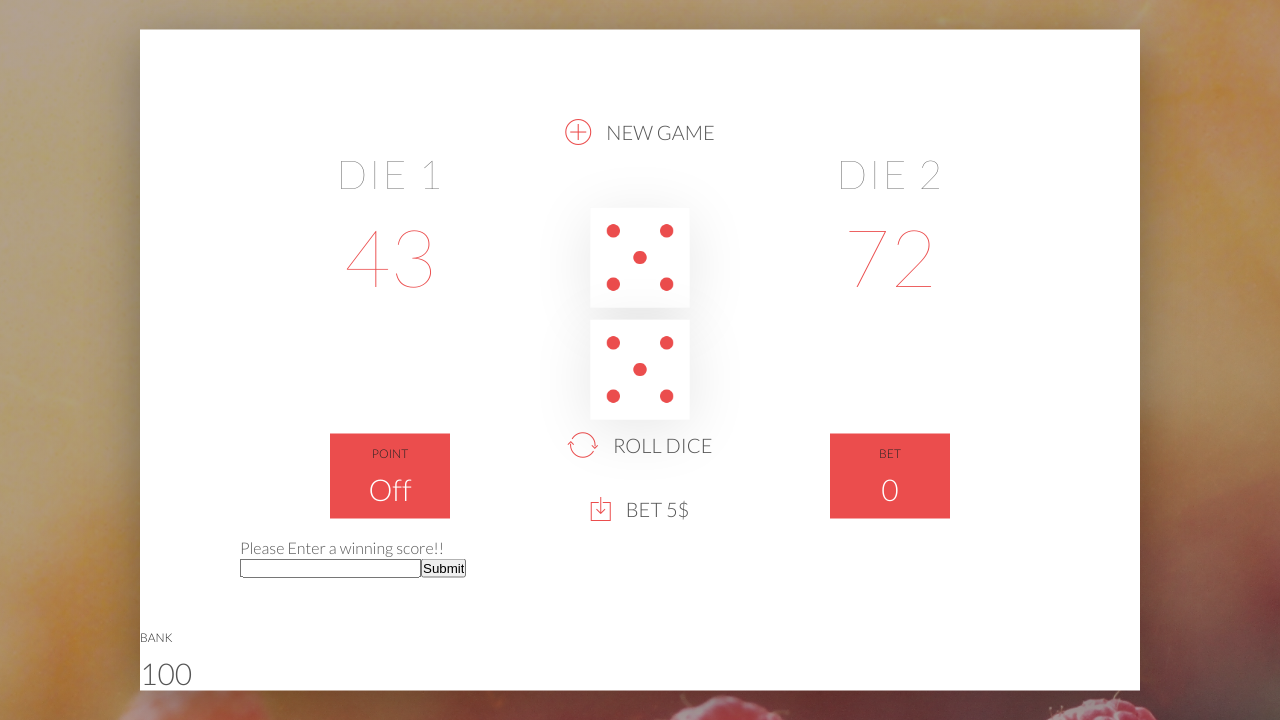
Repository: rmcc0724/html_challenge
Page: Craps/index.html
The author's editor kept a record of every edit. The page is drawn from the files as they stood at one moment, then again after the next edit.
The browser window is 1280 px wide. The pictures show the whole page.

Above is the page before.

After the next edit:
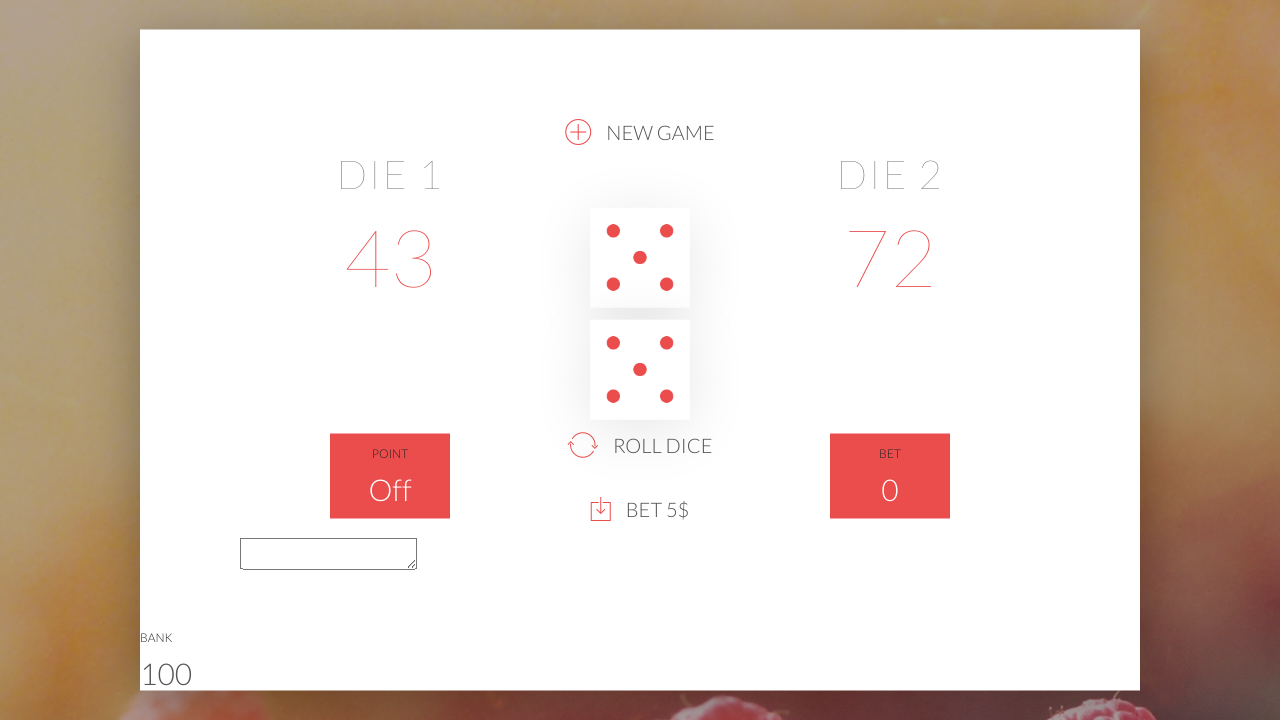
The edit:
--- a/Craps/index.html
+++ b/Craps/index.html
@@ -21,7 +21,7 @@
                 <div class="player-current-label">Point</div>
                 <div class="player-current-score" id="current-0">Off</div>
             </div><br>
-            <div>Please Enter a winning score!!<input type="text" id="win-value"><input type="Submit" onClick='setWinValue();'><p id="displayWinValue"></p></div>
+            <div><textarea></textarea></div>
         </div>
 
         <div class="player-1-panel">
